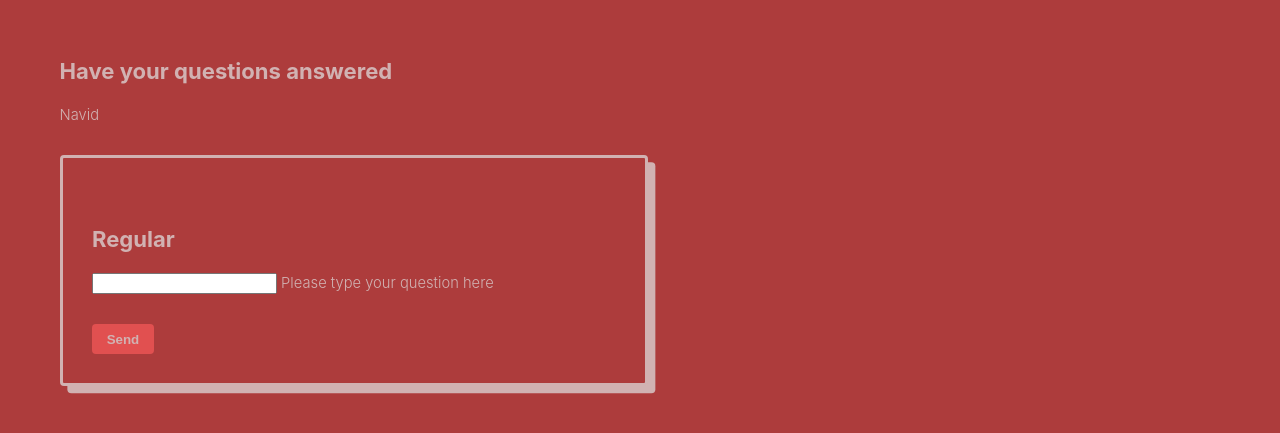
Repository: navid-amini12/capstone-1
Page: quiz.html
The author's editor kept a copy of each file at every save. The page is drawn from the files as they stood at one save, then again after the next save.
The browser window is 1280 px wide. The pictures show the whole page.
Some web fonts or font styles are not loaded; a fallback is used.

Above is the page before, as saved 2022-05-17 12:33:30.

After the next save:
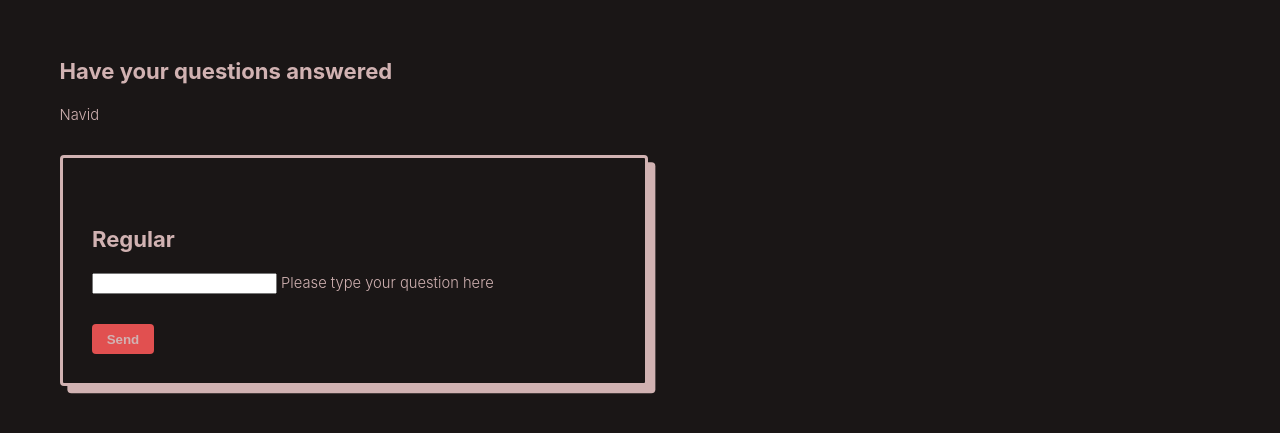
Saved 7 s later.
--- a/quiz.css
+++ b/quiz.css
@@ -1,7 +1,7 @@
 @import url('https://rsms.me/inter/inter.css');
 
 :root {
-  --color-light: rgb(173, 60, 60);
+  --color-light: rgb(26, 22, 22);
   --color-dark: #d1b2b2;
   --color-signal: #e15050;
 
